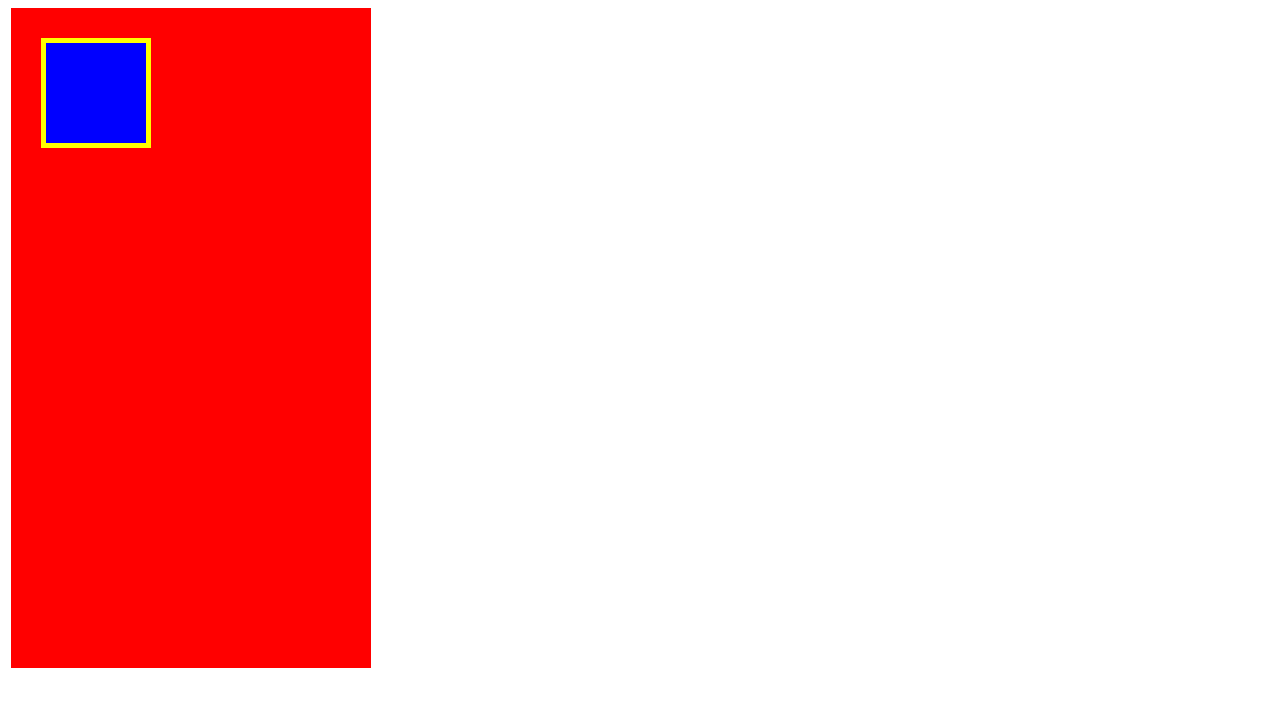
Repository: Souax/prac_20231021
Page: box/box.html
The author's editor kept a record of every edit. The page is drawn from the files as they stood at one moment, then again after the next edit.
The browser window is 1280 px wide. The pictures show the whole page.

Above is the page before.

### box/box.html
<!DOCTYPE html>
<html lang="ja">

<head>
  <meta charset="UTF-8"/>
  <link rel="stylesheet" href="box.css">
  <title>BOX</title>
</head>

<body>
  <div class="box1">
  <div class="box2"></div>
  </div>
</body>

</html>

### box/box.css
.box1{
  width:300px;
  height:600px;
  background-color:red;
  margin:3px;
  padding:30px;
}

.box2{
  width:100px;
  height:100px;
  background-color:blue;
  border:solid 5px yellow;
}

After the next edit:
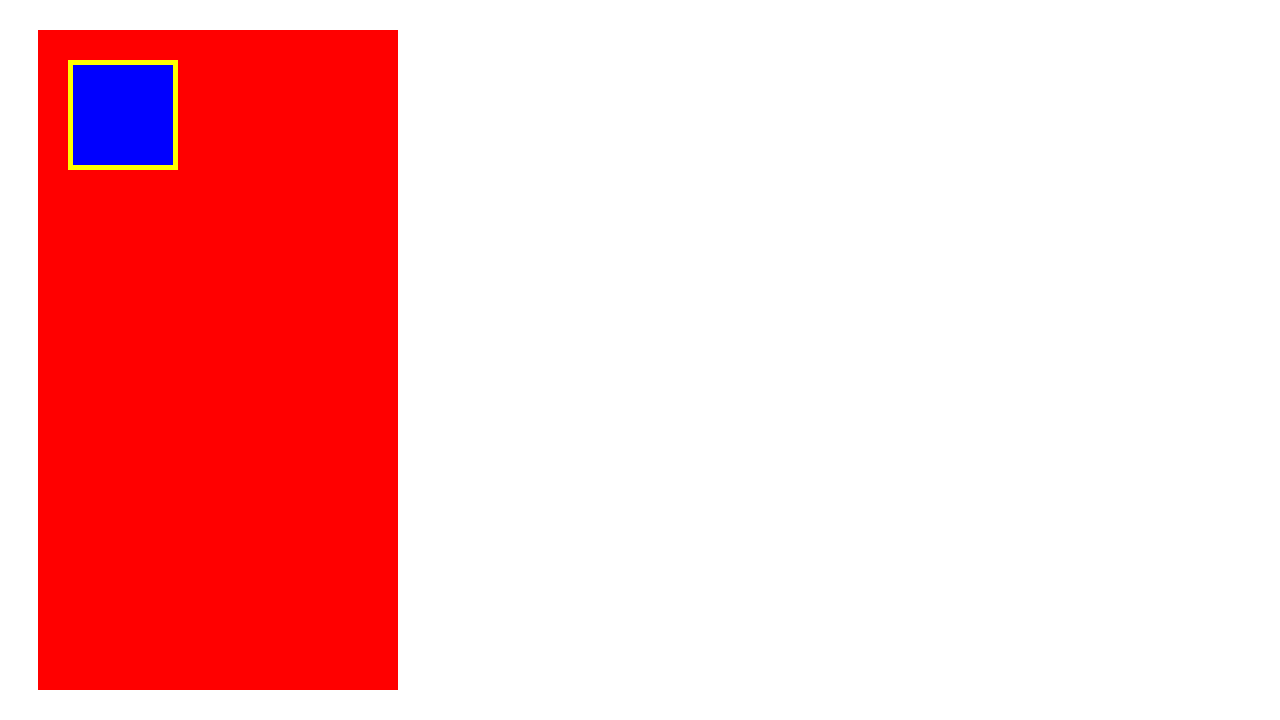
The edit:
--- a/box/box.css
+++ b/box/box.css
@@ -2,7 +2,7 @@
   width:300px;
   height:600px;
   background-color:red;
-  margin:3px;
+  margin:30px;
   padding:30px;
 }
 
